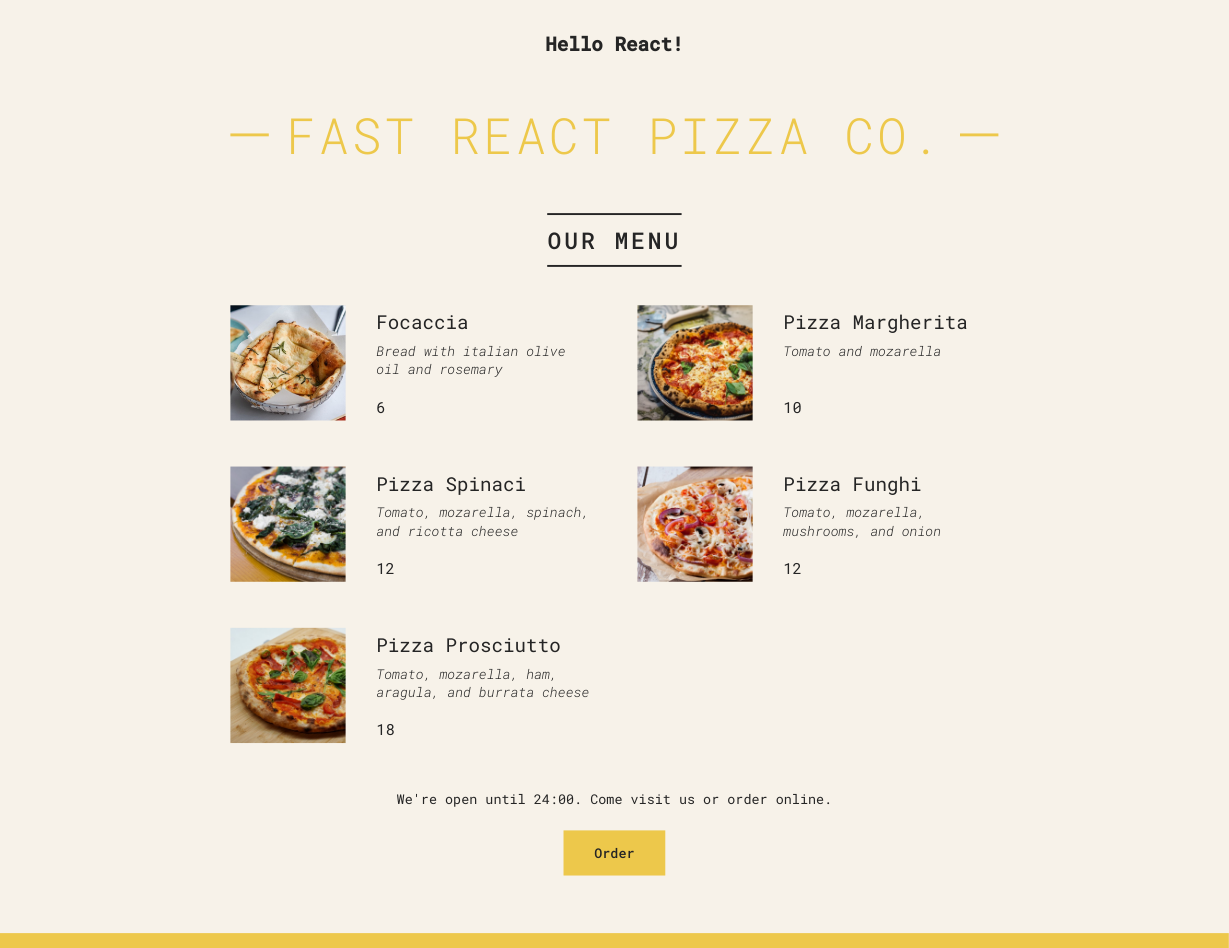
Repository: Alphosmart/03_pizza-menu
Page: /
These files come from the project's save history. The page is drawn as it stood at one moment and after the next save; the edit follows.
The browser window is 1280 px wide. The pictures show the whole page, at 96% of full size.
The project was rebuilt for these pictures with package versions that can differ from the ones it lists, and the page was loaded fresh each time.

Above is the page before, as saved 2024-06-18 00:14:15.

### src/index.js
import React from "react";
import ReactDOM from "react-dom/client";
import "./index.css";

const pizzaData = [
  {
    name: "Focaccia",
    ingredients: "Bread with italian olive oil and rosemary",
    price: 6,
    photoName: "pizzas/focaccia.jpg",
    soldOut: false,
  },
  {
    name: "Pizza Margherita",
    ingredients: "Tomato and mozarella",
    price: 10,
    photoName: "pizzas/margherita.jpg",
    soldOut: false,
  },
  {
    name: "Pizza Spinaci",
    ingredients: "Tomato, mozarella, spinach, and ricotta cheese",
    price: 12,
    photoName: "pizzas/spinaci.jpg",
    soldOut: false,
  },
  {
    name: "Pizza Funghi",
    ingredients: "Tomato, mozarella, mushrooms, and onion",
    price: 12,
    photoName: "pizzas/funghi.jpg",
    soldOut: false,
  },
  {
    name: "Pizza Salamino",
    ingredients: "Tomato, mozarella, and pepperoni",
    price: 15,
    photoName: "pizzas/salamino.jpg",
    soldOut: true,
  },
  {
    name: "Pizza Prosciutto",
    ingredients: "Tomato, mozarella, ham, aragula, and burrata cheese",
    price: 18,
    photoName: "pizzas/prosciutto.jpg",
    soldOut: false,
  },
];

function App() {
  return (
    <div className="container">
      <h1>Hello React!</h1>
      <Header />
      <Menu />
      <Footer />
    </div>
  );
}

function Header() {
  // const style = { color: "red", fontSize: "48px", textTransform: "Uppercase" };
  const style = {};
  return (
    <header className="header">
      <h1 style={style}>Fast React Pizza Co.</h1>
    </header>
  );
}

function Menu() {
  const pizzas = pizzaData;
  // const pizzas = [];
  const numPizzas = pizzas.length;

  return (
    <main className="menu">
      <h2>Our Menu</h2>
      {numPizzas > 0 ? (
        <ul className="pizzas">
          {pizzas.map((pizza) => (
            <Pizza pizzaObj={pizza} key={pizza.name} />
          ))}
        </ul>
      ) : (
        <p>We are still working on our menu. Please come back later</p>
      )}

      {/* <Pizza
        name="Pizza Spinaci"
        ingredients="Tomato, mozarella, spinach, and ricotta cheese"
        photoName="pizzas/spinaci.jpg"
        price={10}
      />
      <Pizza
        name="Pizza Funghi"
        ingredients="Tomato, mushrooms"
        price={12}
        photoName="pizzas/funghi.jpg"
      /> */}
    </main>
  );
}

function Pizza({ pizzaObj }) {
  console.log(pizzaObj);

  if (pizzaObj.soldOut) return null;
  return (
    <li className="pizza">
      <img src={pizzaObj.photoName} alt={pizzaObj.name} />

      <div>
        <h3>{pizzaObj.name}</h3>
        <p>{pizzaObj.ingredients}</p>
        <span>{pizzaObj.price}</span>
      </div>
    </li>
  );
}
function Footer() {
  const hour = new Date().getHours();
  const openHour = 12;
  const closeHour = 24;
  const isOpen = hour >= openHour && hour <= closeHour;
  console.log(isOpen);
  // if (hour >= openHour && hour <= closeHour) alert("We're currently open!");
  // else alert("Sorry We're closed!");

  // if (isOpen) return <p>Closed</p>;

  return (
    <footer className="footer">
      {isOpen ? (
        <Order closeHour={closeHour} openHour={openHour} />
      ) : (
        <p>
          We are happy to welcome you between {openHour}:00 and {closeHour}:00
        </p>
      )}
    </footer>
  );

  // return React.createElement("footer", null, "We're currently open!");
}
function Order({ closeHour, openHour }) {
  return (
    <div className="order">
      <p>We're open until {closeHour}:00. Come visit us or order online.</p>
      <button className="btn">Order</button>
    </div>
  );
}

// React v18
const root = ReactDOM.createRoot(document.getElementById("root"));
root.render(
  <React.StrictMode>
    <App />
  </React.StrictMode>
); // or root.render<App />);

//React before v18
// React.render(<App />, document.getElementById("root"));

Loaded but not shown: public/index.html (common file); src/index.css (common file)

After the next save:
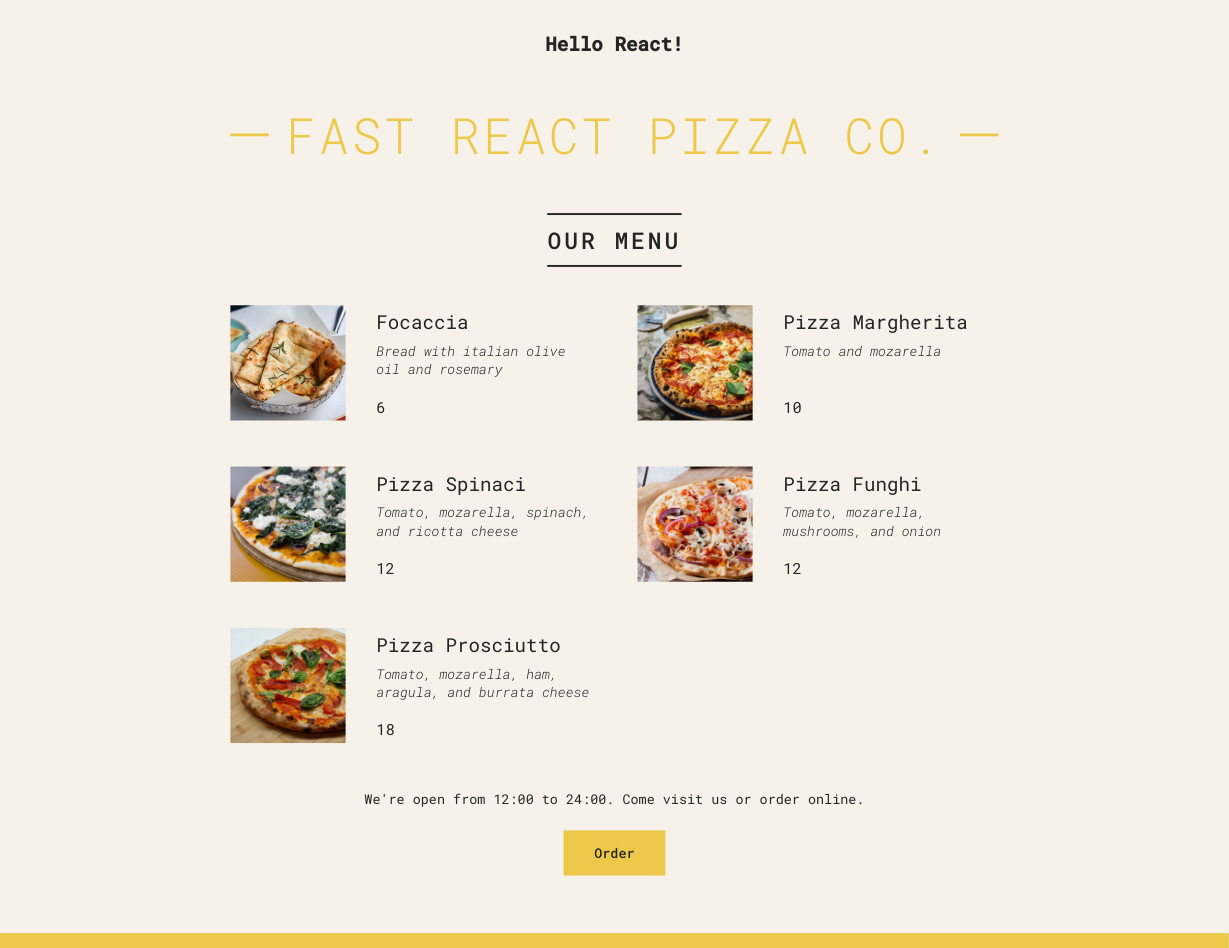
Saved 52 s later.
--- a/src/index.js
+++ b/src/index.js
@@ -146,7 +146,10 @@ function Footer() {
 function Order({ closeHour, openHour }) {
   return (
     <div className="order">
-      <p>We're open until {closeHour}:00. Come visit us or order online.</p>
+      <p>
+        We're open from {openHour}:00 to {closeHour}:00. Come visit us or order
+        online.
+      </p>
       <button className="btn">Order</button>
     </div>
   );
